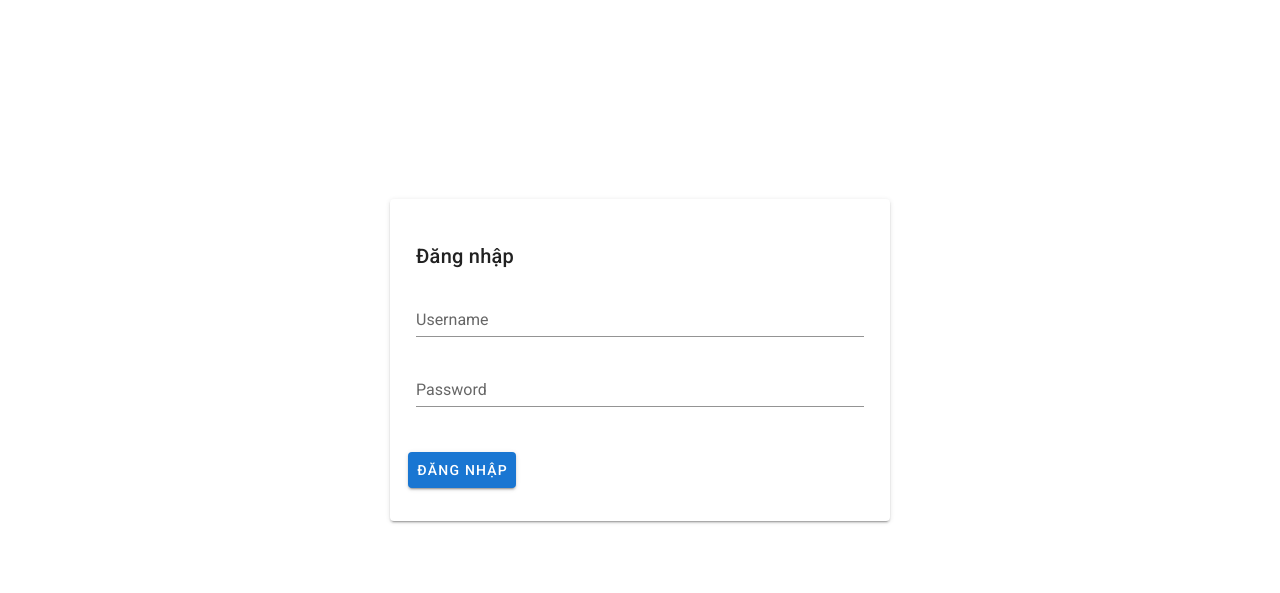
Repository: thaibinhblack/demo
Page: /
These files come from the project's save history. The page is drawn as it stood at one moment and after the next save; the edit follows.
The browser window is 1280 px wide. The pictures show the whole page.
The project was rebuilt for these pictures with package versions that can differ from the ones it lists, and the page was loaded fresh each time. Also part of the build but not shown: vue.config.js.

Above is the page before, as saved 2019-11-02 18:38:38.

### public/index.html
<!DOCTYPE html>
<html lang="en">
  <head>
    <meta charset="utf-8">
    <meta http-equiv="X-UA-Compatible" content="IE=edge">
    <meta name="viewport" content="width=device-width,initial-scale=1.0">
    <link rel="icon" href="<%= BASE_URL %>favicon.ico">
    <title>demo</title>
    <link rel="stylesheet" href="https://fonts.googleapis.com/css?family=Roboto:100,300,400,500,700,900">
    <link rel="stylesheet" href="https://cdn.jsdelivr.net/npm/@mdi/font@latest/css/materialdesignicons.min.css">
  </head>
  <body>
    <noscript>
      <strong>We're sorry but demo doesn't work properly without JavaScript enabled. Please enable it to continue.</strong>
    </noscript>
    <div id="app"></div>
    <!-- built files will be auto injected -->
  </body>
</html>

### src/main.js
import Vue from 'vue'
import App from './App.vue'
import vuetify from './plugins/vuetify';

Vue.config.productionTip = false
import router from './router'
new Vue({
  vuetify,
  router: router,
  render: h => h(App)
}).$mount('#app')

### src/App.vue
<template>
  <v-app>
      <router-view></router-view>
  </v-app>
</template>

<script>
export default {
  name: 'App',
  components: {
  },
  data: () => ({

  }),
};
</script>

### src/router/index.js
import Vue from 'vue'
import VueRouter from 'vue-router'
Vue.use(VueRouter)

const routes= [
    {
        path: '/',
        component: () => import('@/pages/index.vue')
    }
]

export default new VueRouter({
    routes: routes,
    mode: 'history'
})

### src/pages/index.vue
<template>
<div id="page-login">
    <v-card class="form-login">
        <v-card-title primary-title>
            <span>Đăng nhập</span>
        </v-card-title>
        <v-card-text>
            <v-form>
                <v-text-field
                    name="USERNAME"
                    label="Username"
                    placeholder="Nhập username"
                    v-model="user.username"
                    required
                ></v-text-field>
                <v-text-field
                    name="PASSWORD"
                    label="Password"
                    type="password"
                    required
                    v-model="user.password"
                ></v-text-field>
            </v-form>
        </v-card-text>
        <v-card-actions>
            <v-btn  color="primary" >Đăng nhập</v-btn>
        </v-card-actions>
    </v-card>
</div>
</template>

<script>
export default {
    data()
    {
        return {
            user: {}
        }
    }
}
</script>

<style scoped>
.form-login {width: 500px;position: absolute;top: 50%;left: 50%;transform: translate(-50%,-50%);padding: 25px 10px;}
</style>

Loaded but not shown: src/plugins/vuetify.js (common file)

After the next save:
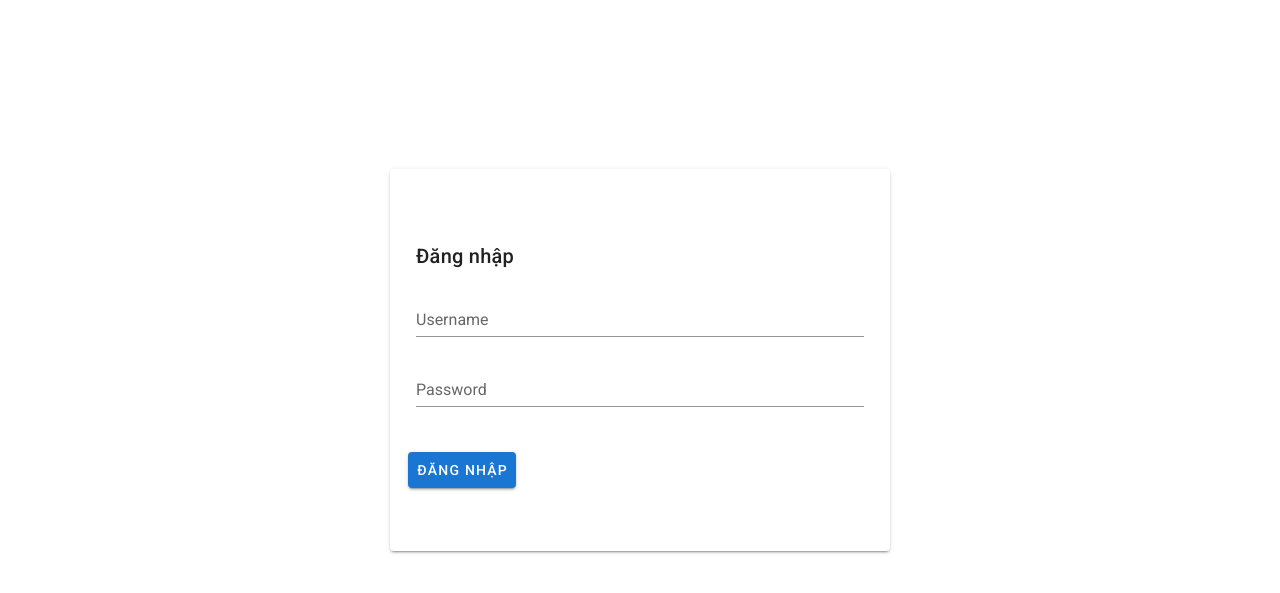
Saved 5 s later.
--- a/src/pages/index.vue
+++ b/src/pages/index.vue
@@ -41,5 +41,5 @@ export default {
 </script>
 
 <style scoped>
-.form-login {width: 500px;position: absolute;top: 50%;left: 50%;transform: translate(-50%,-50%);padding: 25px 10px;}
+.form-login {width: 500px;position: absolute;top: 50%;left: 50%;transform: translate(-50%,-50%);padding: 55px 10px;}
 </style>
